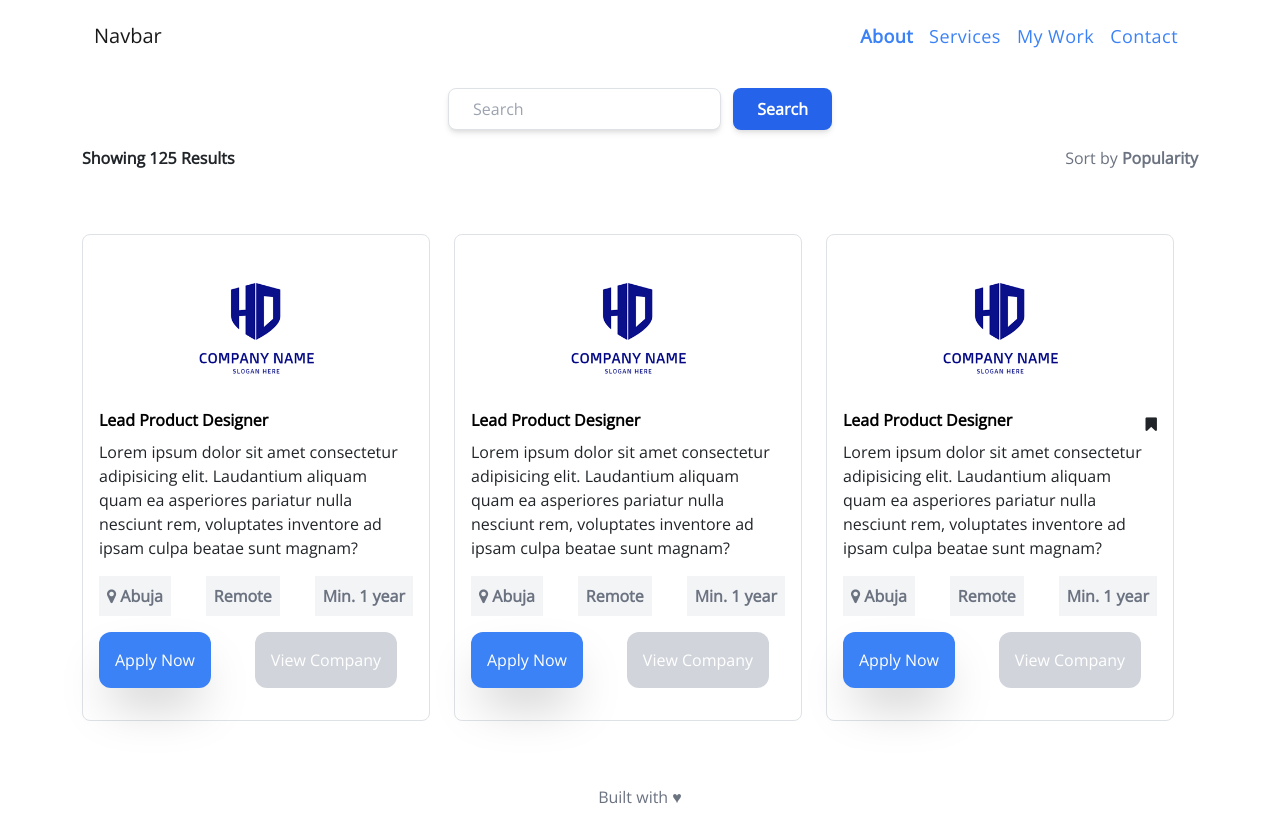
Repository: latenightsnacc/giggles
Page: HTML/search.html
These files come from the project's save history. The page is drawn as it stood at one moment and after the next save; the edit follows.
The browser window is 1280 px wide. The pictures show the whole page.
Some web libraries are served in a nearby version.

Above is the page before, as saved 2021-01-04 12:16:32.

After the next save:
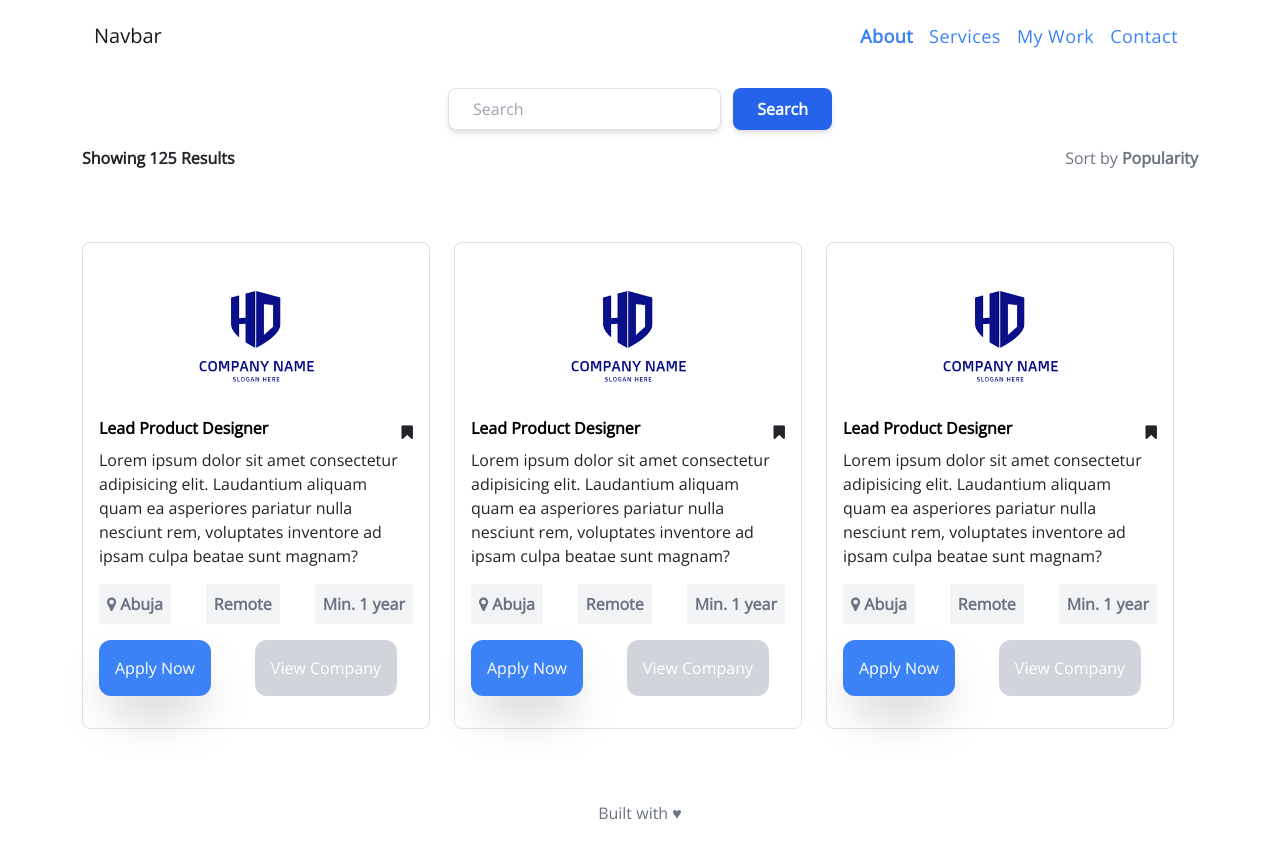
Saved 44 s later.
--- a/HTML/search.html
+++ b/HTML/search.html
@@ -58,11 +58,16 @@
         <div class="container my-5">
             <div class="row flex justify-center items-center w-100">
                 <div class="col-xs-12 col-sm-12 col-md-4 col-lg-4">
-                    <div class="max-w-sm hover:shadow-2xl border mx-auto p-3 rounded-lg">
+                    <div class="max-w-sm hover:shadow-2xl border mx-auto p-3 rounded-lg my-4">
                         <a href="#" class="flex justify-center">
                             <img src="assets/logo.png" alt="company-logo" style="max-width: 50%;">
                         </a>
-                        <div class="text-black text-md font-bold pb-2">Lead Product Designer</div>
+                        <div class="flex flex-row justify-between">
+                            <div class="text-black text-md font-bold pb-2">Lead Product Designer</div>
+                            <button class="focus:outline-none focus:ring-0 hover:text-blue-500">
+                                <i class="fa fa-bookmark"></i>
+                            </button>
+                        </div>
                         <p>Lorem ipsum dolor sit amet consectetur adipisicing elit. Laudantium aliquam quam ea asperiores pariatur nulla nesciunt rem, voluptates inventore ad ipsam culpa beatae sunt magnam?</p>
                         <div class="flex flex-row justify-between">
                             <span class="bg-gray-100 text-gray-500 p-2 font-semibold"><i class="fa fa-map-marker"></i> Abuja</span>
@@ -76,11 +81,16 @@
                     </div>
                 </div>
                 <div class="col-xs-12 col-sm-12 col-md-4 col-lg-4">
-                    <div class="max-w-sm hover:shadow-2xl border mx-auto p-3 rounded-lg">
+                    <div class="max-w-sm hover:shadow-2xl border mx-auto p-3 rounded-lg my-4">
                         <a href="#" class="flex justify-center">
                             <img src="assets/logo.png" alt="company-logo" style="max-width: 50%;">
                         </a>
-                        <div class="text-black text-md font-bold pb-2">Lead Product Designer</div>
+                        <div class="flex flex-row justify-between">
+                            <div class="text-black text-md font-bold pb-2">Lead Product Designer</div>
+                            <button class="focus:outline-none focus:ring-0 hover:text-blue-500">
+                                <i class="fa fa-bookmark"></i>
+                            </button>
+                        </div>
                         <p>Lorem ipsum dolor sit amet consectetur adipisicing elit. Laudantium aliquam quam ea asperiores pariatur nulla nesciunt rem, voluptates inventore ad ipsam culpa beatae sunt magnam?</p>
                         <div class="flex flex-row justify-between">
                             <span class="bg-gray-100 text-gray-500 p-2 font-semibold"><i class="fa fa-map-marker"></i> Abuja</span>
@@ -94,7 +104,7 @@
                     </div>
                 </div>
                 <div class="col-xs-12 col-sm-12 col-md-4 col-lg-4">
-                    <div class="max-w-sm hover:shadow-2xl border mx-auto p-3 rounded-lg my-3">
+                    <div class="max-w-sm hover:shadow-2xl border mx-auto p-3 rounded-lg my-4">
                         <a href="#" class="flex justify-center">
                             <img src="assets/logo.png" alt="company-logo" style="max-width: 50%;">
                         </a>
